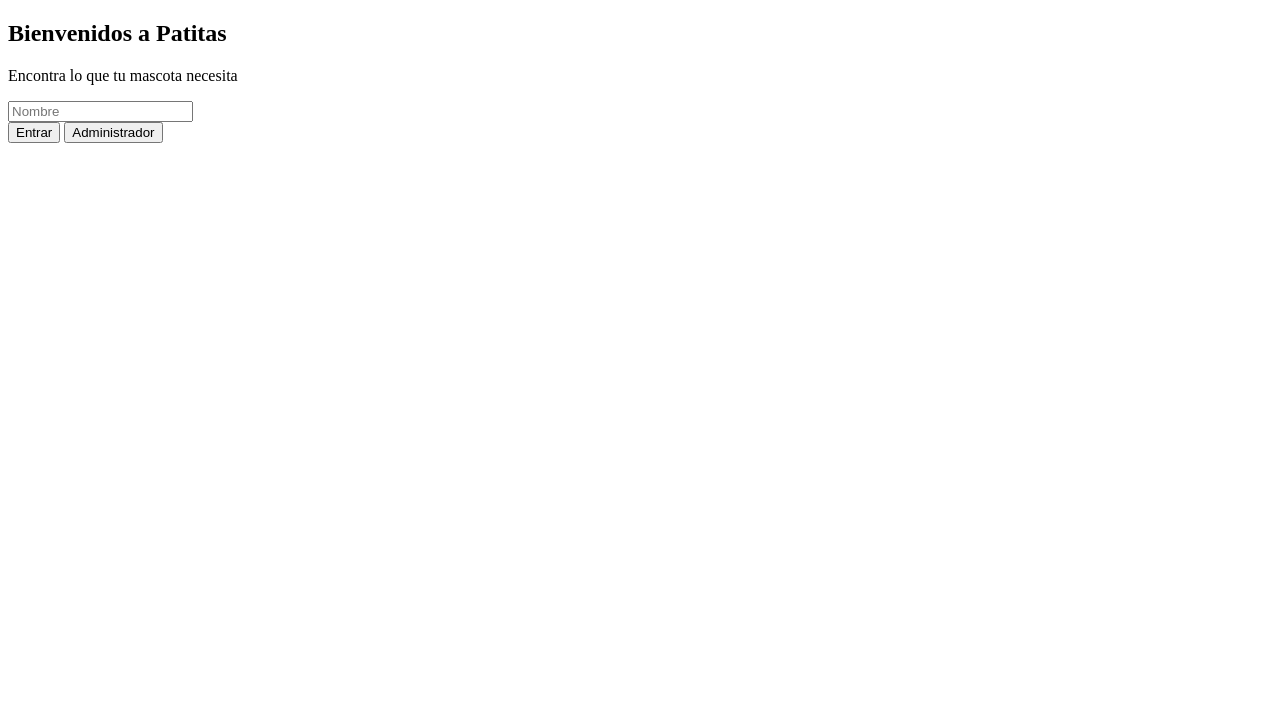
Repository: frank980-0/TP_Integrador_Progra_3
Page: public/index.html
An editor plug-in stored every save of this project. The page is shown before and after the next save, followed by the edit.
The browser window is 1280 px wide. The pictures show the whole page.

Above is the page before, as saved 2026-05-30 14:34:24.

After the next save:
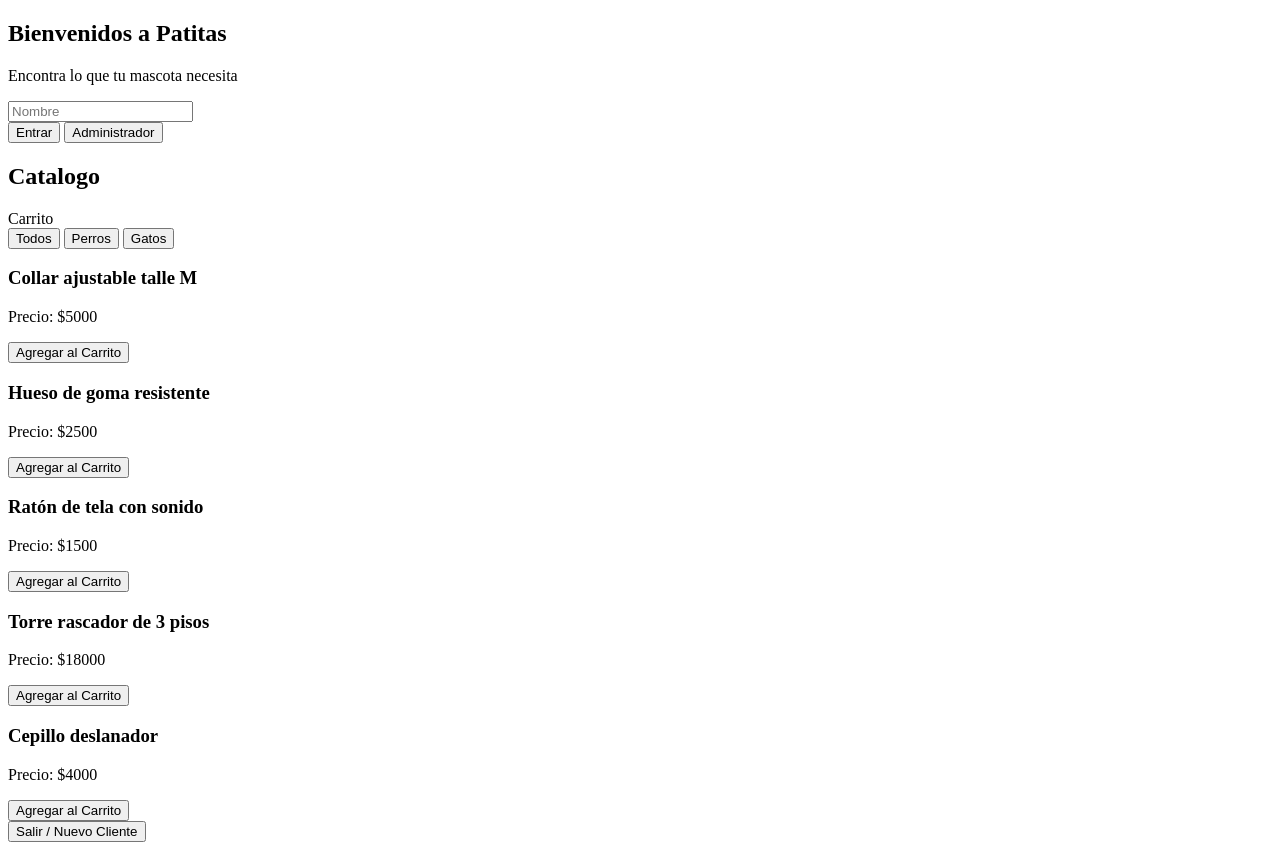
Console error: TypeError: Cannot read properties of null (reading 'addEventListener')
Saved 16 s later.
--- a/public/js/main.js
+++ b/public/js/main.js
@@ -74,7 +74,9 @@
 });
 
 
-
+document.getElementById('btnvolver').addEventListener('click', () => {
+  mostrarPantalla('loginAdmin');
+});
 
 
 

After the save that followed:
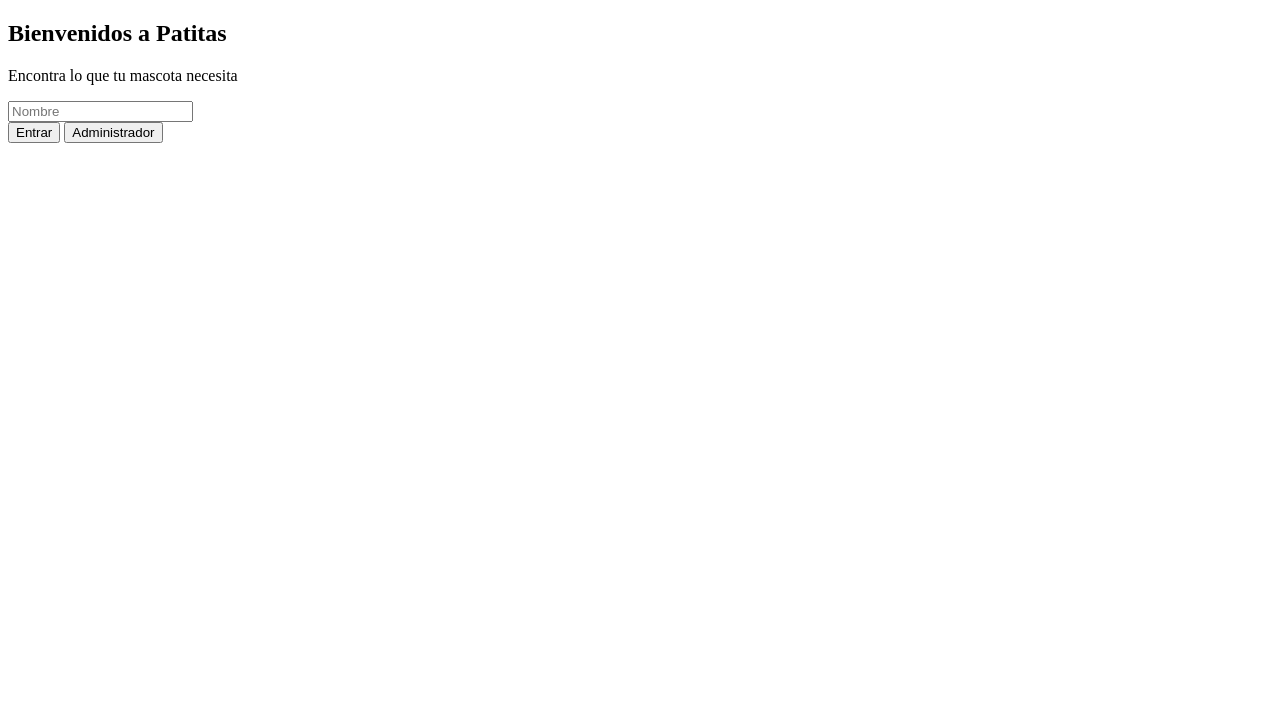
The error is gone.
Saved 11 s later.
--- a/public/js/main.js
+++ b/public/js/main.js
@@ -74,9 +74,7 @@
 });
 
 
-document.getElementById('btnvolver').addEventListener('click', () => {
-  mostrarPantalla('loginAdmin');
-});
+
 
 
 
